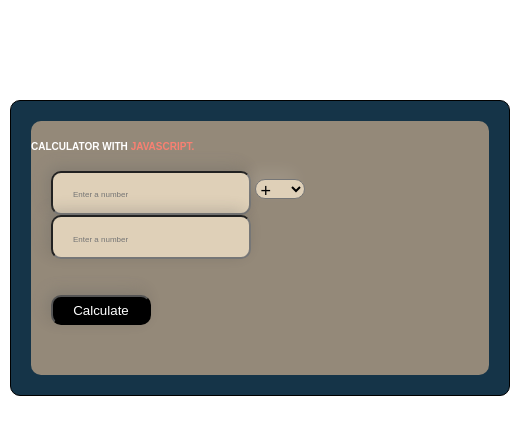
Repository: isaacCodes1/Calculator-with-js
Page: index2.html
The author's editor kept a copy of each file at every save. The page is drawn from the files as they stood at one save, then again after the next save.
The browser window is 375 px wide. The page is 510 px wide, so the pictures cover 510 px, including what lies to the right of the window. The pictures show the whole page.
Some web fonts or font styles are not loaded; a fallback is used.

Above is the page before, as saved 2024-04-22 15:24:17.

After the next save:
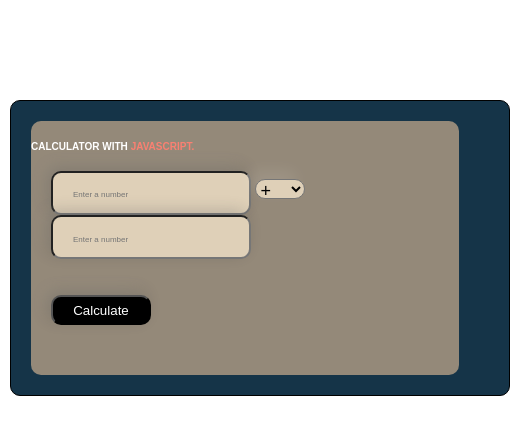
Saved 7 s later.
--- a/mediaquery.css
+++ b/mediaquery.css
@@ -7,7 +7,7 @@
     width: 500px;
     left: 10px;
     padding: 20px;
-    padding-right:50px: ;
+    padding-right:50px ;
   }
   .num1::placeholder {
     font-size: 8px;
